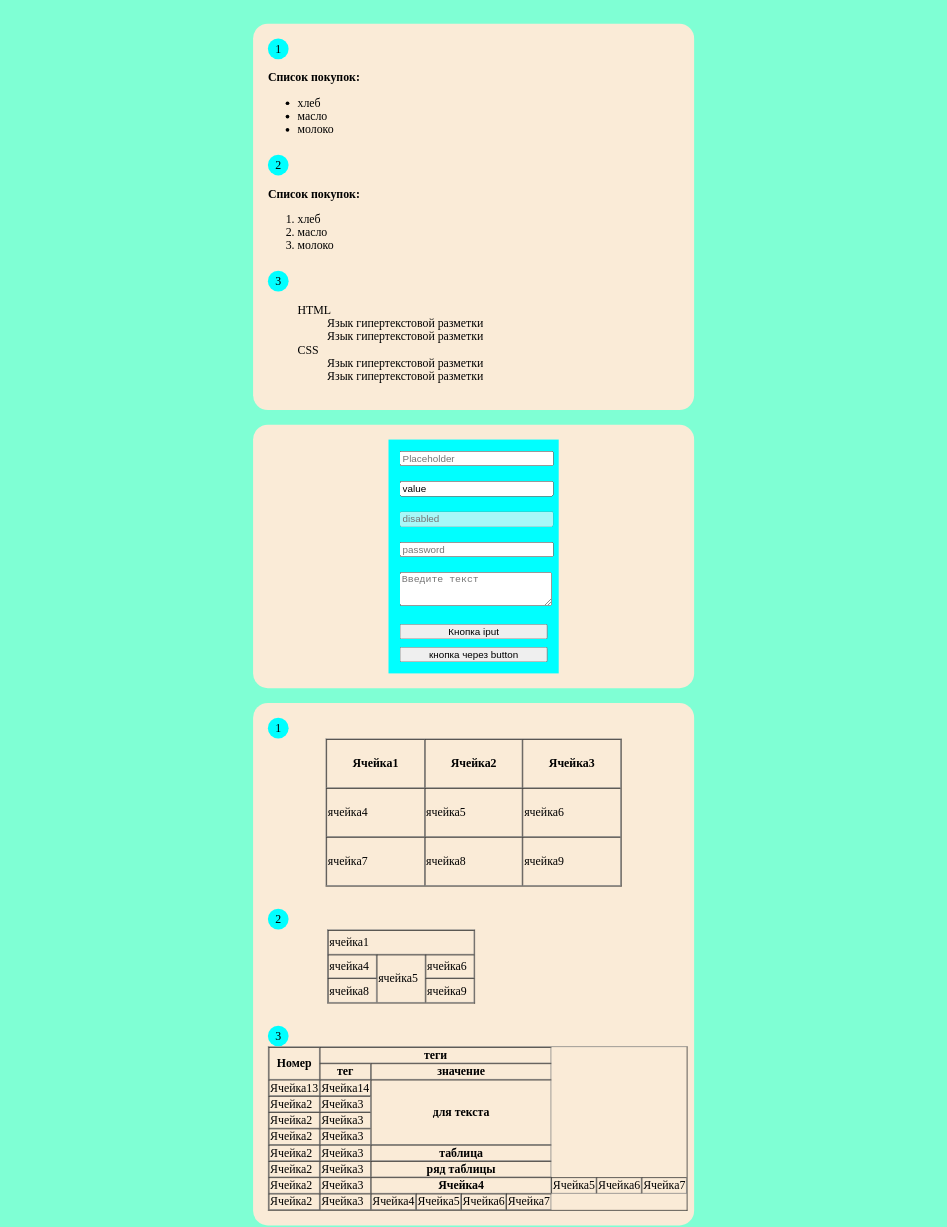
Repository: Savich01/-
Page: html/index.html
An editor plug-in stored every save of this project. The page is shown before and after the next save, followed by the edit.
The browser window is 1280 px wide. The pictures show the whole page, at 74% of full size.

Above is the page before, as saved 2024-05-31 17:30:14.

After the next save:
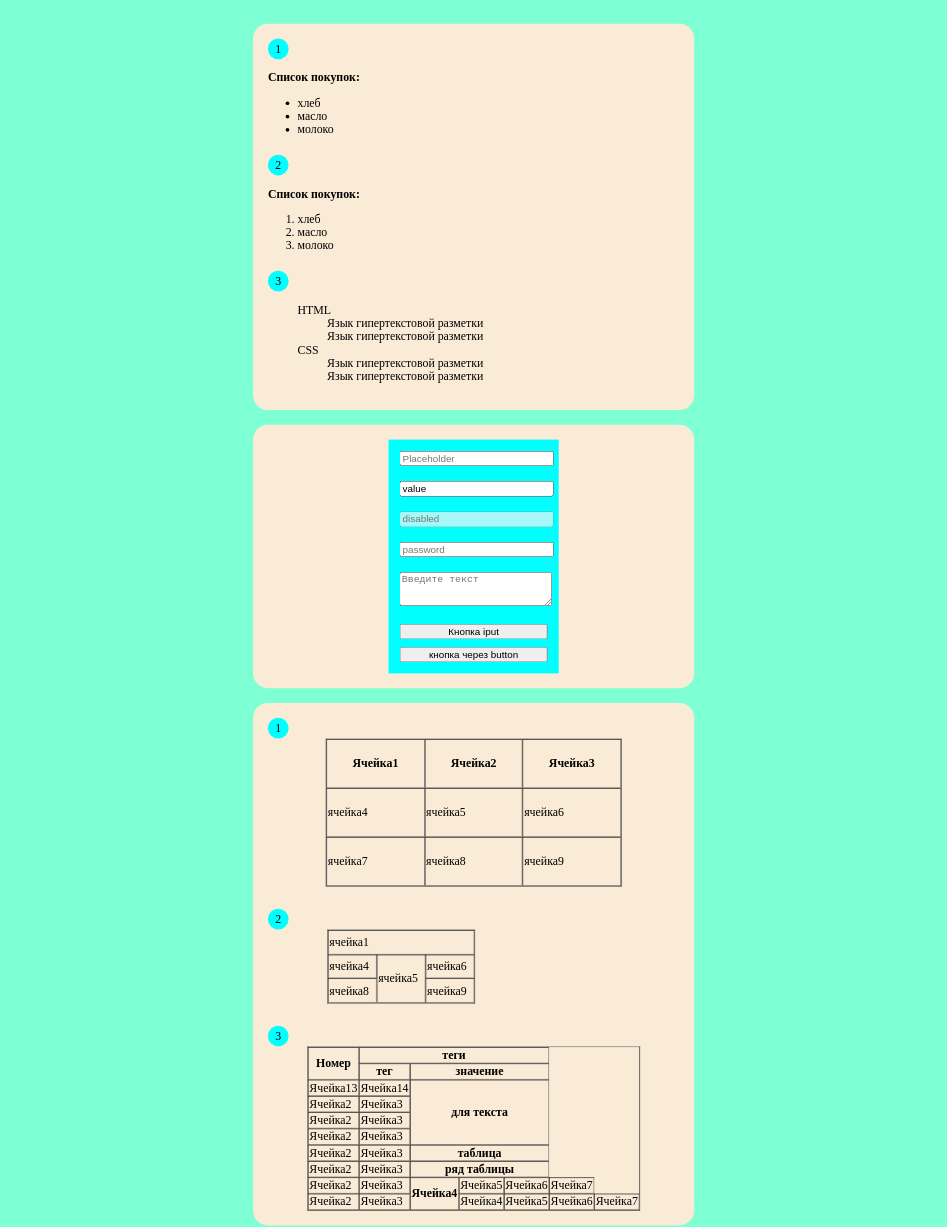
Saved 19 s later.
--- a/html/index.html
+++ b/html/index.html
@@ -172,7 +172,7 @@
                     <tr>
                         <td>Ячейка2</td>
                         <td>Ячейка3</td>
-                        <th rowspan="" colspan="4">Ячейка4</th>
+                        <th rowspan="2" colspan="2">Ячейка4</th>
                         <td>Ячейка5</td>
                         <td>Ячейка6</td>
                         <td>Ячейка7</td>
